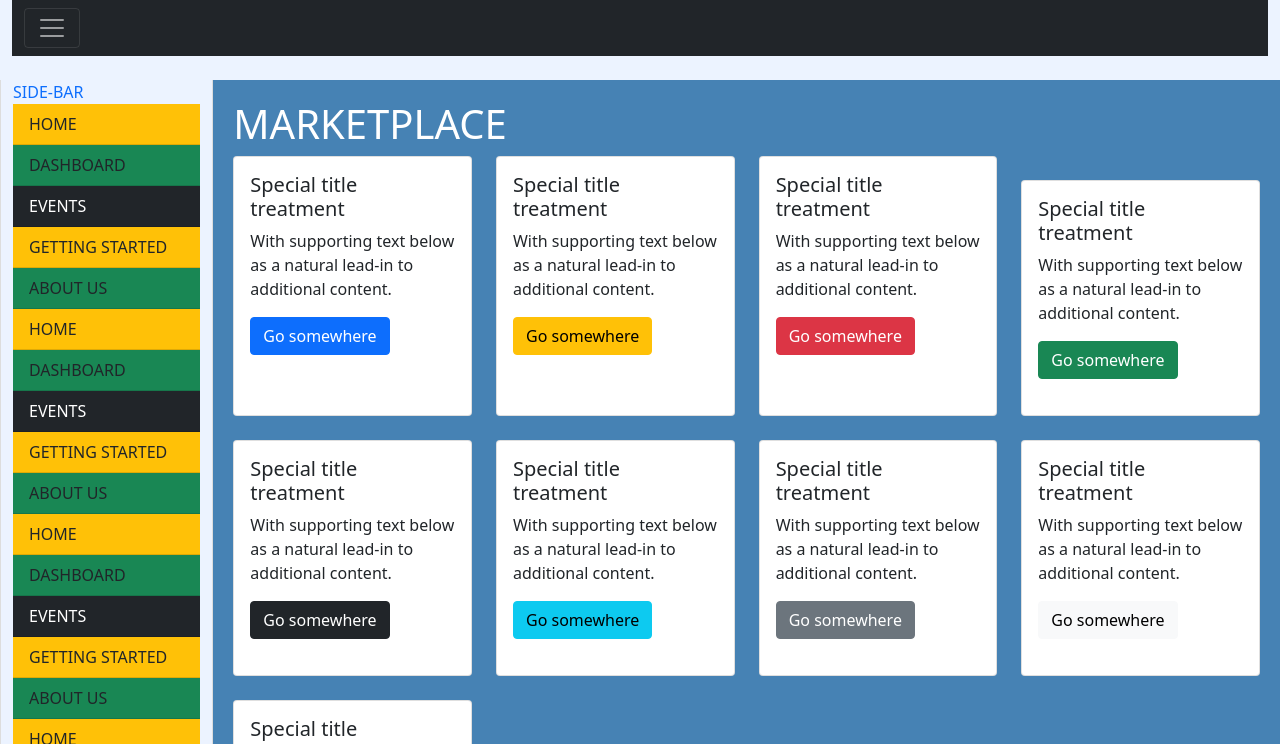
Repository: Dayvid0/BOOTSTRAP-TUTORIALS
Page: cosmos.example.html
These files come from the project's save history. The page is drawn as it stood at one moment and after the next save; the edit follows.
The browser window is 1280 px wide. The pictures show the whole page.
An inner scrolling area shows only its first screen.

Above is the page before, as saved 2025-01-29 15:56:00.

### cosmos.example.html
<!doctype html>
<html lang="en">
  <head>
    <!-- Required meta tags -->
    <meta charset="utf-8">
    <meta name="viewport" content="width=device-width, initial-scale=1">
    <!-- Bootstrap CSS -->
    <link href="https://cdn.jsdelivr.net/npm/bootstrap@5.0.2/dist/css/bootstrap.min.css" rel="stylesheet" integrity="sha384-EVSTQN3/azprG1Anm3QDgpJLIm9Nao0Yz1ztcQTwFspd3yD65VohhpuuCOmLASjC" crossorigin="anonymous">
    <title>Cosmos-example</title>
    <style>
      body {
        background-color: #ecf3ff;
        height: 100vh;
        overflow: hidden;
      }
      .main-content {
        background-color: #4682b4;
        padding: 20px;
        min-height: 600px;
        height: calc(100vh - 56px); /* Subtract navbar height */
        overflow-y: auto;
        overflow-x: hidden;
      }
      .sidebar {
        min-height: 600px;
        border-right: 1px solid #ddd;
        border-left: 1px solid #ddd;
        min-height: 600px;
        height: calc(100vh - 56px); /* Subtract navbar height */
        overflow-y: auto;
        overflow-x: hidden;
      }
      .card {
        margin-bottom: 20px;
        height: 100%;
      }
    </style>
  </head>
  <body>
    <div class="container-fluid">
      <!--navbar-->
      <div class="collapse" id="navbarToggleExternalContent">
        <div class="bg-dark p-4">
          <h5 class="text-white h4">Collapsed content</h5>
          <span class="text-muted">Toggleable via the navbar brand.</span>
        </div>
      </div>
      <nav class="navbar navbar-dark bg-dark">
        <div class="container-fluid">
          <button class="navbar-toggler" type="button" data-bs-toggle="collapse" data-bs-target="#navbarToggleExternalContent" aria-controls="navbarToggleExternalContent" aria-expanded="false" aria-label="Toggle navigation">
            <span class="navbar-toggler-icon"></span>
          </button>
        </div>
      </nav>
    </div>
    <div class="container-fluid">
      <div class="row pt-4">
        <!-- Sidebar -->
        <div class="sidebar col-md-2 text-primary">
          SIDE-BAR
          <ul class="list-group list-group-flush">
            <li class="list-group-item bg-warning">HOME</li>
            <li class="list-group-item bg-success">DASHBOARD</li>
            <li class="list-group-item bg-dark text-white">EVENTS</li>
            <li class="list-group-item bg-warning">GETTING STARTED</li>
            <li class="list-group-item bg-success">ABOUT US</li>
            <li class="list-group-item bg-warning">HOME</li>
            <li class="list-group-item bg-success">DASHBOARD</li>
            <li class="list-group-item bg-dark text-white">EVENTS</li>
            <li class="list-group-item bg-warning">GETTING STARTED</li>
            <li class="list-group-item bg-success">ABOUT US</li>
            <li class="list-group-item bg-warning">HOME</li>
            <li class="list-group-item bg-success">DASHBOARD</li>
            <li class="list-group-item bg-dark text-white">EVENTS</li>
            <li class="list-group-item bg-warning">GETTING STARTED</li>
            <li class="list-group-item bg-success">ABOUT US</li>
            <li class="list-group-item bg-warning">HOME</li>
            <li class="list-group-item bg-success">DASHBOARD</li>
            <li class="list-group-item bg-dark text-white">EVENTS</li>
            <li class="list-group-item bg-warning">GETTING STARTED</li>
            <li class="list-group-item bg-success">ABOUT US</li>
          </ul>
        </div>
        <!-- Main Content -->
        <div class="main-content col-md-10  ">
          <h1 class="text-white"  >MARKETPLACE</h1>
          <div class="row">
            <!-- Card 1 -->
            <div class="col-md-4 col-lg-3 col-sm-6">
              <div class="card">
                <div class="card-body">
                  <h5 class="card-title">Special title treatment</h5>
                  <p class="card-text">With supporting text below as a natural lead-in to additional content.</p>
                  <a href="#" class="btn btn-primary">Go somewhere</a>
                </div>
              </div>
            </div>
            <!-- Card 2 -->
            <div class="col-md-4 col-lg-3 col-sm-6">
              <div class="card">
                <div class="card-body">
                  <h5 class="card-title">Special title treatment</h5>
                  <p class="card-text">With supporting text below as a natural lead-in to additional content.</p>
                  <a href="#" class="btn btn-warning">Go somewhere</a>
                </div>
              </div>
            </div>
            <!-- You can add more cards here following the same structure -->
             <!--CARD 3-->
             <div class="col-md-4 col-lg-3 col-sm-6">
              <div class="card">
                <div class="card-body">
                  <h5 class="card-title">Special title treatment</h5>
                  <p class="card-text">With supporting text below as a natural lead-in to additional content.</p>
                  <a href="#" class="btn  btn-danger">Go somewhere</a>
                </div>
              </div>
            </div>
             <!--CARD 4-->
             <div class="col-md-4 col-lg-3 col-sm-6 pt-4">
              <div class="card">
                <div class="card-body">
                  <h5 class="card-title">Special title treatment</h5>
                  <p class="card-text">With supporting text below as a natural lead-in to additional content.</p>
                  <a href="#" class="btn btn-success">Go somewhere</a>
                </div>
              </div>
            </div>
             <!--CARD 5-->
             <div class="col-md-4 col-lg-3 col-sm-6 pt-4">
              <div class="card">
                <div class="card-body">
                  <h5 class="card-title">Special title treatment</h5>
                  <p class="card-text">With supporting text below as a natural lead-in to additional content.</p>
                  <a href="#" class="btn btn-dark">Go somewhere</a>
                </div>
              </div>
            </div>
             <!--CARD 6-->
             <div class="col-md-4 col-lg-3 col-sm-6   pt-4">
              <div class="card">
                <div class="card-body">
                  <h5 class="card-title">Special title treatment</h5>
                  <p class="card-text">With supporting text below as a natural lead-in to additional content.</p>
                  <a href="#" class="btn btn-info">Go somewhere</a>
                </div>
              </div>
            </div>
             <!--CARD 4-->
             <div class="col-md-4 col-lg-3 col-sm-6 pt-4">
              <div class="card">
                <div class="card-body">
                  <h5 class="card-title">Special title treatment</h5>
                  <p class="card-text">With supporting text below as a natural lead-in to additional content.</p>
                  <a href="#" class="btn btn-secondary">Go somewhere</a>
                </div>
              </div>
            </div>
             <!--CARD 5-->
             <div class="col-md-4 col-lg-3 col-sm-6 pt-4">
              <div class="card">
                <div class="card-body">
                  <h5 class="card-title">Special title treatment</h5>
                  <p class="card-text">With supporting text below as a natural lead-in to additional content.</p>
                  <a href="#" class="btn btn-light">Go somewhere</a>
                </div>
              </div>
            </div>
             <!--CARD 6-->
             <div class="col-md-4 col-lg-3 col-sm-6   pt-4">
              <div class="card">
                <div class="card-body">
                  <h5 class="card-title">Special title treatment</h5>
                  <p class="card-text">With supporting text below as a natural lead-in to additional content.</p>
                  <a href="#" class="btn btn-primary">Go somewhere</a>
                </div>
              </div>
            </div>
            <!--END OF CARDS-->
          </div>
        </div>
      </div>
    </div>
    <script src="https://cdn.jsdelivr.net/npm/bootstrap@5.0.2/dist/js/bootstrap.bundle.min.js" integrity="sha384-MrcW6ZMFYlzcLA8Nl+NtUVF0sA7MsXsP1UyJoMp4YLEuNSfAP+JcXn/tWtIaxVXM" crossorigin="anonymous"></script>
  </body>
</html>

After the next save:
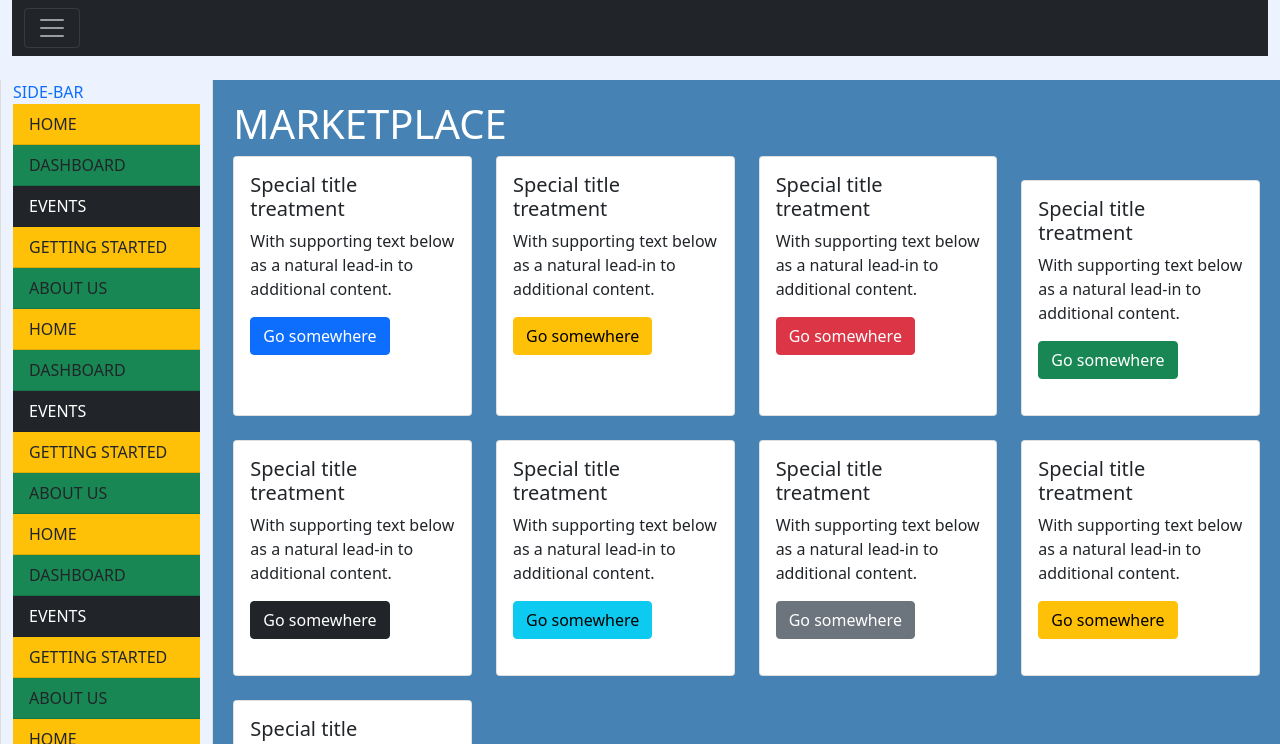
Saved 46 s later.
--- a/cosmos.example.html
+++ b/cosmos.example.html
@@ -162,7 +162,7 @@
                 <div class="card-body">
                   <h5 class="card-title">Special title treatment</h5>
                   <p class="card-text">With supporting text below as a natural lead-in to additional content.</p>
-                  <a href="#" class="btn btn-light">Go somewhere</a>
+                  <a href="#" class="btn btn-warning">Go somewhere</a>
                 </div>
               </div>
             </div>
